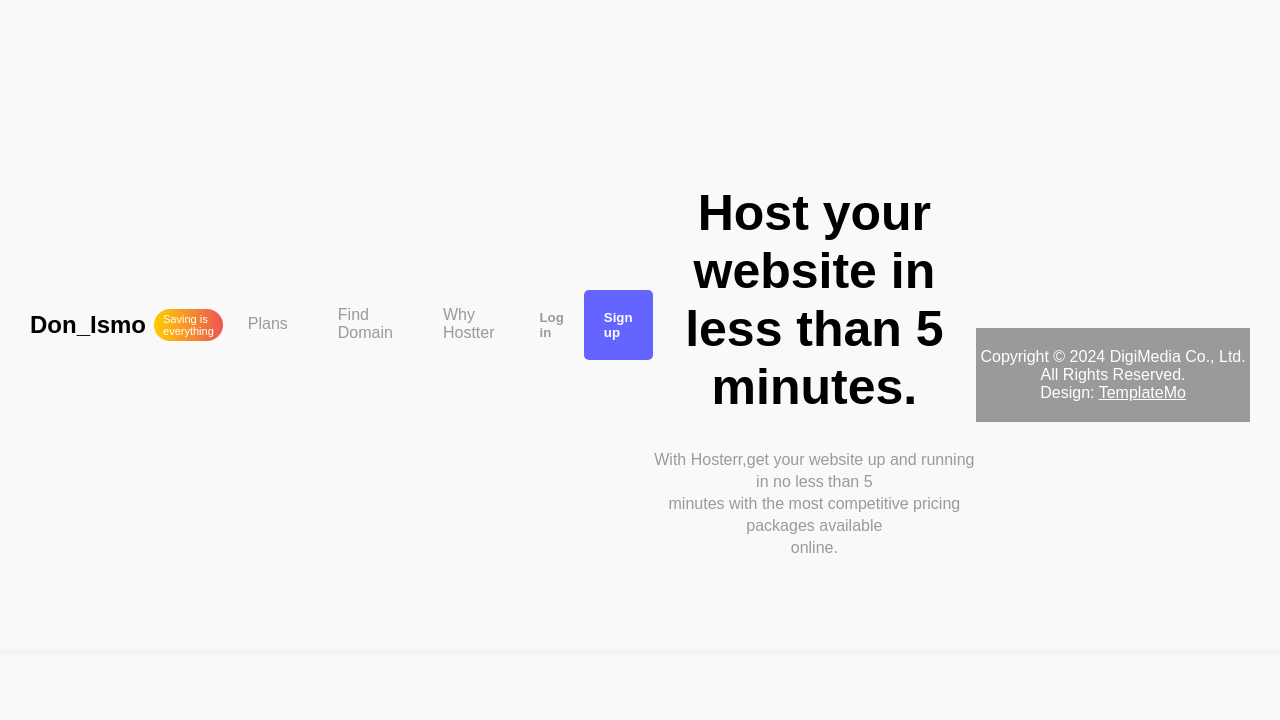
Repository: Ismail-ibr/pfa
Page: Dashboard/index.html
An editor plug-in stored every save of this project. The page is shown before and after the next save, followed by the edit.
The browser window is 1280 px wide. The pictures show the whole page.

Above is the page before, as saved 2024-05-13 16:36:43.
Console error: ReferenceError: closeButton is not defined

### Dashboard/index.html
<!DOCTYPE html>
<html lang="en">

<head>
    <meta charset="UTF-8">
    <meta name="viewport" content="width=device-width, initial-scale=1.0">
    <link rel="stylesheet" href="./style.css">
    <title>Document</title>
    <script defer src="./script.js"></script>
</head>

<body>

    <div class="main-div">
        <div class="nav">
            <div class="logo">
                <h2>Don_Ismo</h1>
                    <h4>Saving is everything</h4>
            </div>
            <div class="list">
                <ul>
                    <li><a href="#">Plans</a></li>
                    <li><a href="#">Find Domain</a></li>
                    <li><a href="#">Why Hostter</a></li>
                </ul>
            </div>
            <div class="nav-button">
                <h5 class="btn-1 open-button-2">Log in</h5>
                <h5 class="btn-2 open-button">Sign up</h5>
            </div>
            <div class="main_box2" id="modal2">
                <h2>Log in</h2>
                <form method="POST">
                    <div class="user_box2">
                        <input type="text" name="" required>
                        <label>Full Name</label>
                    </div>
                    <div class="user_box2">
                        <input type="password" name="" required>
                        <label>Password</label>
                    </div>
                    <div class="button_form2">
                        <a href="#" id="submit">Submit</a>
                    </div>
                </form>
            </div>
            <div id="over"></div>

            <div class="main-content">
                <div class="text">
                    <h1>Host your website in<br>less than 5 minutes.</h1>
                    <p>With Hosterr,get your website up and running in no less than 5<br>minutes with the most
                        competitive
                        pricing packages available <br>online.</p>
                </div>
            </div>
            <footer>
                <div class="container">
                    <div class="row">
                        <div class="col-lg-12">
                            <p>Copyright © 2024 DigiMedia Co., Ltd. All Rights Reserved.
                                <br>Design: <a href="https://templatemo.com" target="_parent"
                                    title="free css templates">TemplateMo</a>
                            </p>
                        </div>
                    </div>
                </div>
            </footer>
        </div>

</body>

</html>

### Dashboard/style.css
* {
  padding: 0;
  color: rgb(0, 0, 0);
  font-family: "Poppins", sans-serif;
  box-sizing: border-box;
}

body {
  background-color: #f9f9fa;
  margin: 0;
  padding: 0;
}

/*--         Design of the form Sign Up         --*/

.main_box {
  display: none;
}

.main_box,
.main_box2 {
  color: f2f4f9;
  position: fixed;
  top: 50%;
  left: 50%;
  transform: translate(-50%, -50%) scale(0);
  display: flex;
  flex-direction: column;
  align-items: center;
  justify-content: center;
  z-index: 10;
  transition: 200ms ease-in-out;
  width: 400px;
  padding: 40px;
  /* transform: translate(-50%, -50%); */
  background-color: whitesmoke;
  box-shadow: 0px 0px 10px white;
  border-radius: 10px;
}
.main_box h2,
.main_box2 h2 {
  font-family: "Poppins", sans-serif;
  font-size: 40px;
  margin: 0 0 30px;
  padding: 0;
  text-align: center;
  cursor: pointer;
}
.main_box .user_box input,
.main_box2 .user_box2 input {
  position: relative;
  width: 100%;
  padding: 10px;
  font-size: 16px;
  margin-bottom: 30px;
  border: none;
  outline: none;
  border-bottom: black solid 2px;
  background-color: transparent;
}
.main_box .user_box label,
.main_box2 .user_box2 label {
  position: relative;
  left: 0;
  top: -60px;
  padding: 10px 0;
  pointer-events: none;
  transition: 0.5s;
}
.main_box .user_box :focus ~ label,
.main_box2 .user_box2 :focus ~ label,
.main_box .user_box :valid ~ label,
.main_box2 .user_box2 :valid ~ label {
  top: -85px;
  font-size: 13px;
  left: 0;
}
.button_form,
.button_form2 {
  display: flex;
  flex-direction: row;
  justify-content: end;
  align-content: center;
}

.button_form :first-child,
.button_form2 :first-child {
  text-decoration: none;
  color: black;
  padding: 20px 30px;
  border: 2px solid black;
}
.button_form :first-child:hover,
.button_form2 :first-child:hover {
  background-color: black;
  color: white;
  transition: 0.5s;
}

.main_box.active,
.main_box2.active {
  transform: translate(-50%, -50%) scale(1);
}

#over {
  position: fixed;
  top: 0;
  left: 0;
  bottom: 0;
  right: 0;
  background-color: hsl(0, 0%, 0%, 0.5);
  opacity: 0;
  pointer-events: none;
  transition: 200ms ease-in-out;
}

#over.active {
  pointer-events: all;
  opacity: 1;
}

.nav {
  display: flex;
  padding: 0 30px;
  justify-content: space-between;
  align-items: center;
  box-shadow: 0px 5px 8px rgba(0, 0, 0, 0.03);
}

.logo {
  display: flex;
  justify-content: center;
  align-items: center;
}

.logo h4 {
  color: white;
  background: linear-gradient(
    90deg,
    rgba(255, 205, 0, 1) 0%,
    rgba(236, 84, 84, 0.9921218487394958) 100%
  );
  font-size: 11px;
  padding: 4px 9px;
  margin-left: 8px;
  border-radius: 50px;
  cursor: pointer;
  font-weight: 100;
}

.list ul {
  display: flex;
  list-style: none;
  align-items: center;
  justify-content: center;
}

.list li {
  margin: 0px 25px;
}

.list a {
  text-decoration: none;
  color: rgb(155, 153, 153);
}

.list a::after {
  content: "";
  display: block;
  width: 0%;
  height: 2px;
  background-color: rgb(155, 153, 153);
  transition: 0.4s;
}

.list a:hover::after {
  content: "";
  width: 100%;
  display: block;
  height: 2px;
  background: rgb(155, 153, 153);
  transition: 0.4s;
}

.nav-button {
  display: flex;
  align-items: center;
  justify-content: center;
}

.nav-button h5 {
  cursor: pointer;
}

.btn-1 {
  margin: 0px 20px;
  color: rgb(155, 153, 153);
}

.btn-2 {
  color: white;
  padding: 20px;
  background: rgb(100, 100, 255);
  border-radius: 5px;
}

.main-content {
  display: flex;
  justify-content: center;
  align-items: center;
  padding: 150px 0 80px;
  text-align: center;
}

.main-content h1 {
  font-size: 50px;
}

.main-content button {
  color: white;
  padding: 20px;
  background: rgb(100, 100, 255);
  border-radius: 5px;
  border: none;
}

.main-content input {
  padding: 20px 150px 20px 20px;
  border: none;
  border-radius: 5px;
  margin-right: 10px;
}

p {
  color: rgb(155, 153, 153);
}

.main-content .text p {
  line-height: 22px;
  margin: 10px 0;
}

.main-content .icon-right {
  display: flex;
  justify-content: flex-start;
  align-items: center;
}

.main-content .icon-right img {
  margin-right: 8px;
}

.main-div {
  height: 100vh;
  margin: 0px;
}

/*---------------footer-----------------*/
footer {
  background: rgb(155, 153, 153);
  margin-top: 100px;
  padding: 5px 0px;
}

footer p {
  text-align: center;
  margin: 15px 0px;
  color: #fff;
}

footer p a {
  color: #fff;
  transition: all 0.5s;
}
/*---------------footer-----------------*/

### Dashboard/script.js
const openButton = document.querySelector(" .open-button");
const openButton2 = document.querySelector(" .open-button-2");

const over = document.getElementById("over");
const modal = document.querySelector(" .main_box");
const modal2 = document.querySelector(" .main_box2");

openButton.addEventListener("click", () => {
  openModal(modal);
});

openButton2.addEventListener("click", () => {
  openModal(modal2);
});

function openModal(modalElement) {
  if (modalElement == null) return;
  modalElement.classList.add("active");
  over.classList.add("active");
}

over.addEventListener("click", () => {
  closeModal();
});

closeButton.addEventListener("click", () => {
  closeModal();
});

function closeModal() {
  if (modal == null) return;
  modal.classList.remove("active");
  modal2.classList.remove("active");
  over.classList.remove("active");
}

After the next save:
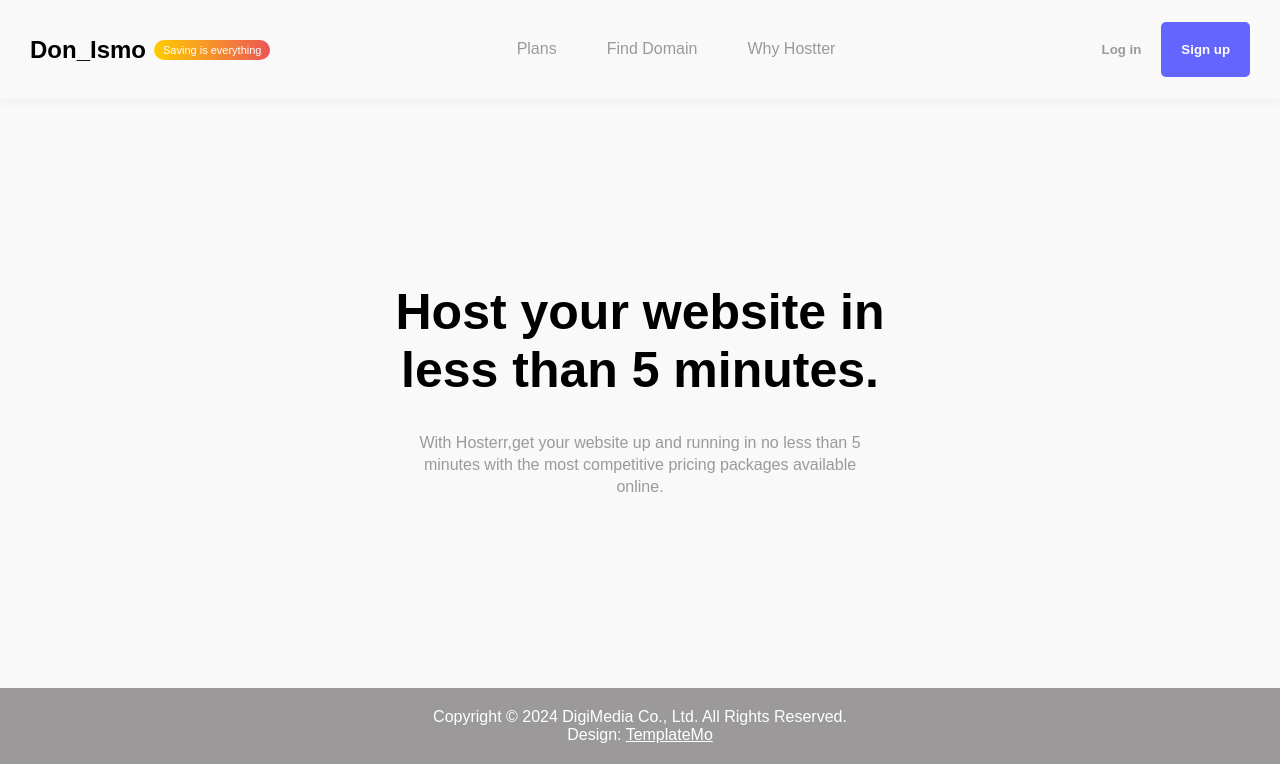
Saved 112 s later.
--- a/Dashboard/index.html
+++ b/Dashboard/index.html
@@ -46,27 +46,27 @@
             </div>
             <div id="over"></div>
 
-            <div class="main-content">
-                <div class="text">
-                    <h1>Host your website in<br>less than 5 minutes.</h1>
-                    <p>With Hosterr,get your website up and running in no less than 5<br>minutes with the most
-                        competitive
-                        pricing packages available <br>online.</p>
+        </div>
+        <div class="main-content">
+            <div class="text">
+                <h1>Host your website in<br>less than 5 minutes.</h1>
+                <p>With Hosterr,get your website up and running in no less than 5<br>minutes with the most
+                    competitive
+                    pricing packages available <br>online.</p>
+            </div>
+        </div>
+        <footer>
+            <div class="container">
+                <div class="row">
+                    <div class="col-lg-12">
+                        <p>Copyright © 2024 DigiMedia Co., Ltd. All Rights Reserved.
+                            <br>Design: <a href="https://templatemo.com" target="_parent"
+                                title="free css templates">TemplateMo</a>
+                        </p>
+                    </div>
                 </div>
             </div>
-            <footer>
-                <div class="container">
-                    <div class="row">
-                        <div class="col-lg-12">
-                            <p>Copyright © 2024 DigiMedia Co., Ltd. All Rights Reserved.
-                                <br>Design: <a href="https://templatemo.com" target="_parent"
-                                    title="free css templates">TemplateMo</a>
-                            </p>
-                        </div>
-                    </div>
-                </div>
-            </footer>
-        </div>
+        </footer>
 
 </body>
 
